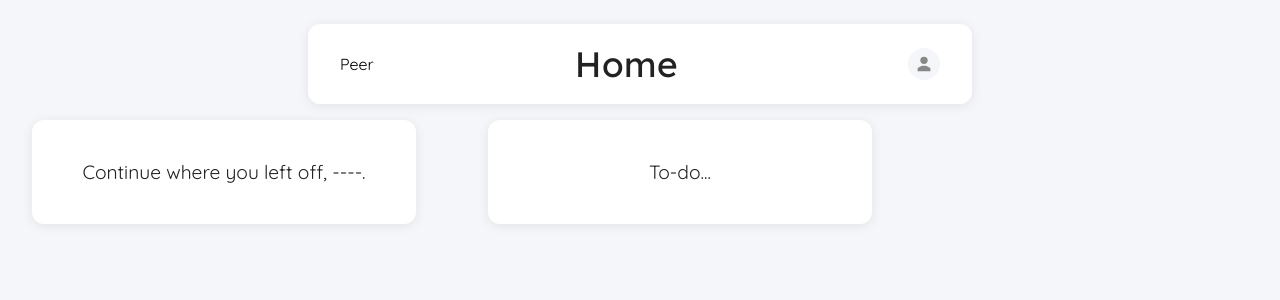
Repository: saifg123/Peer
Page: home.html
The author's editor kept a copy of each file at every save. The page is drawn from the files as they stood at one save, then again after the next save.
The browser window is 1280 px wide. The pictures show the whole page.

Above is the page before, as saved 2025-05-24 20:16:31.

### home.html
<!DOCTYPE html>
<script>
    document.addEventListener('DOMContentLoaded', function() {
        const box = document.querySelector('.continue-box');
        if (box) {
            box.style.cursor = 'pointer';
            box.addEventListener('click', function() {
                window.location.href = 'app.html';
            });
        }
    });
</script>
<html lang="en">
<head>
    <link href="https://fonts.googleapis.com/css2?family=Lexend:wght@100..900&family=Quicksand:wght@300..700&family=Rubik:ital,wght@0,300..900;1,300..900&display=swap" rel="stylesheet">
    <meta charset="UTF-8">
    <title>Peer - Home</title>
    <style>
        .header {
            display: flex;
            align-items: center;
            justify-content: space-between;
            background: #fff;
            padding: 18px 32px;
            border-radius: 12px;
            box-shadow: 0 2px 12px rgba(0,0,0,0.08);
            position: absolute;
            top: 0;
            left: 0;
            right: 0;
            margin: 24px auto 0 auto;
            max-width: 600px;
        }
        .header-title {
            display: flex;
            align-items: center;
            gap: 16px;
        }
        .header-placeholder {
            font-family: 'Lexend', sans-serif;
            font-size: 2.1rem;
            font-weight: 800;
            color: #fff;
            background: #222;
            width: 44px;
            height: 44px;
            display: flex;
            align-items: center;
            justify-content: center;
            border-radius: 50%;
            margin-right: 18px;
            letter-spacing: 1px;
            box-shadow: 0 2px 8px rgba(0,0,0,0.07);
        }
        .header-home {
            font-family: 'Lexend', sans-serif;
            font-size: 2.2rem;
            font-weight: 400;
            color: #222;
            margin-left: 185px;
            letter-spacing: 0.5px;
        }
        .guest-icon {
            width: 32px;
            height: 32px;
            display: flex;
            align-items: center;
            justify-content: center;
            background: #f5f6fa;
            border-radius: 50%;
            margin-left: 16px;
        }
        .guest-icon svg {
            width: 22px;
            height: 22px;
            fill: #888;
        }
    </style>
    <style>
        body {
            background: #f5f6fa;
            font-family: 'Quicksand', sans-serif;
            margin: 0;
            padding: 0;
            min-height: 100vh;
            display: flex;
            align-items: center;
            justify-content: center;
        }
        .continue-box {
            background: #fff;
            border-radius: 12px;
            box-shadow: 0 2px 12px rgba(0,0,0,0.08);
            padding: 40px 32px;
            min-width: 320px;
            text-align: center;
            position: absolute;
            top: 120px;
            left: 32px;
            font-size: 1.2rem;
            color: #222;
        }
        .continue-box:hover {
            background: #e0e0e0;
            transition: background 0.3s ease;
        }
        .to-do-box {
            background: #fff;
            border-radius: 12px;
            box-shadow: 0 2px 12px rgba(0,0,0,0.08);
            padding: 40px 32px;
            min-width: 320px;
            min-height: 24px;
            text-align: center;
            position: absolute;
            top: 120px;
            left: 400px;
            font-size: 1.2rem;
            color: #222;
            display: flex;
            align-items: center;
            justify-content: center;
            margin-left: 88px;
        }
        .to-do-box:hover {
            background: #e0e0e0;
            transition: background 0.3s ease;
        }
    </style>
</head>
<body>
    <div class="header">
        <div class="header-title">
            Peer
            <span class="header-home">Home</span>
        </div>
        <div class="guest-icon">
            <svg viewBox="0 0 24 24">
                <circle cx="12" cy="8" r="4"/>
                <path d="M12 14c-4 0-7 2-7 4v2h14v-2c0-2-3-4-7-4z"/>
            </svg>
        </div>
    </div>
    <div class="continue-box">
        Continue where you left off, ----.
    </div>
    <div class="to-do-box">
        To-do...
    </div>
    <div class="placeholder"></div>
</body>
</html>

After the next save:
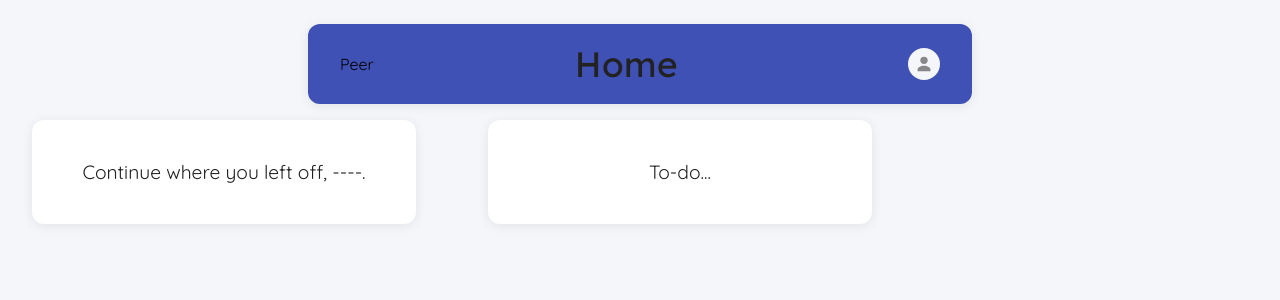
Saved 6 s later.
--- a/home.html
+++ b/home.html
@@ -20,7 +20,7 @@
             display: flex;
             align-items: center;
             justify-content: space-between;
-            background: #fff;
+            background: #3f51b5;
             padding: 18px 32px;
             border-radius: 12px;
             box-shadow: 0 2px 12px rgba(0,0,0,0.08);
